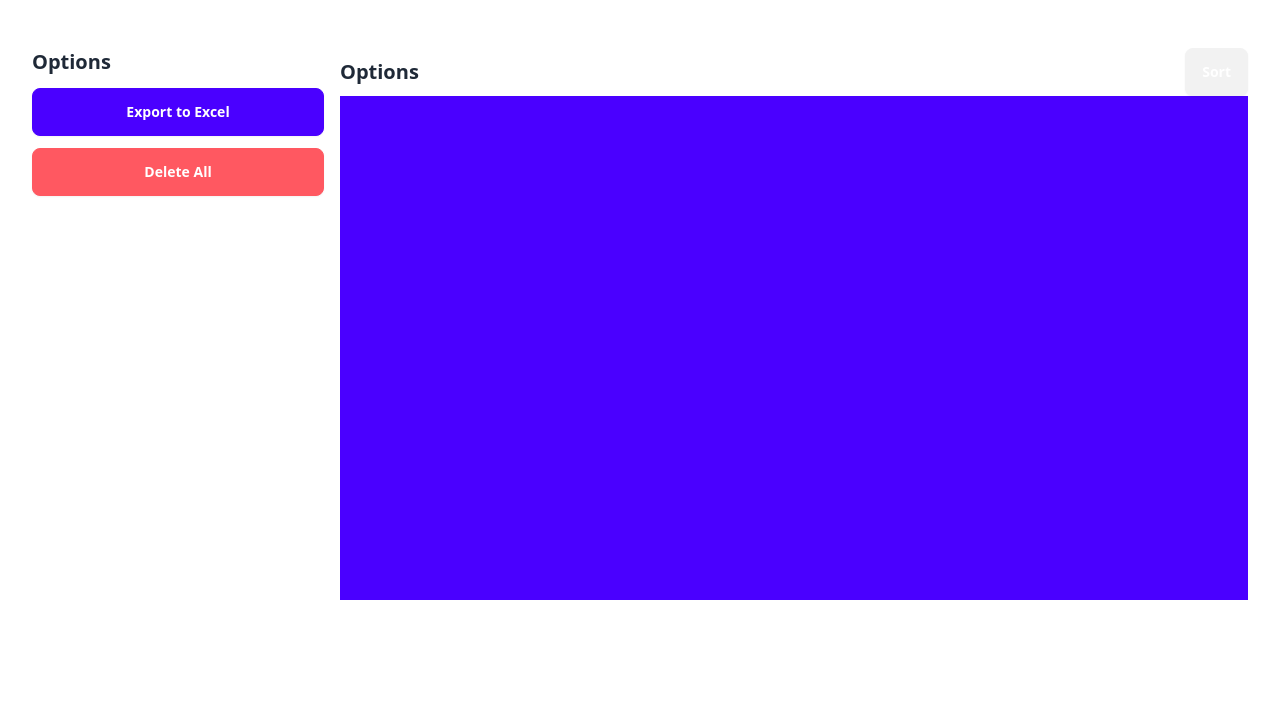
Repository: khulqu15/khafsin_server
Page: http://localhost/
An editor plug-in stored every save of this project. The page is shown before and after the next save, followed by the edit.
The browser window is 1280 px wide. The pictures show the whole page.
Some web libraries are served in a nearby version. The page is served by the project's Laravel application, run on PHP 8.4 with Laravel 12. Other server files are loaded and not shown. Queries for data that is not in the repository find no rows.

Above is the page before, as saved 2024-10-25 02:52:18.

### routes/web.php
<?php

use App\Http\Controllers\ImuController;
use Illuminate\Support\Facades\Route;

Route::get('/', [ImuController::class, 'home']);

### app/Http/Controllers/ImuController.php
<?php

namespace App\Http\Controllers;

use App\Models\Imu;
use Exception;
use Illuminate\Database\Eloquent\ModelNotFoundException;
use Illuminate\Http\Request;
use Illuminate\Support\Carbon;

class ImuController extends Controller
{

    public function home(Request $request) {
        $query = Imu::query();
        if ($request->has(['start_date', 'end_date'])) {
            $start_date = Carbon::parse($request->input('start_date'))->startOfDay();
            $end_date = Carbon::parse($request->input('end_date'))->endOfDay();
            $query->whereBetween('created_at', [$start_date, $end_date]);
        }
        $imus = $query->orderBy('created_at', 'desc')->get();
        return view('welcome')->with('imus', $imus);
    }

    /**
     * Display a listing of the resource.
     */
    public function index(Request $request)
    {
        try {
            $query = Imu::query();

            if ($request->has(['start_date', 'end_date'])) {
                $start_date = Carbon::parse($request->input('start_date'))->startOfDay();
                $end_date = Carbon::parse($request->input('end_date'))->endOfDay();
                $query->whereBetween('created_at', [$start_date, $end_date]);
            }
            $imus = $query->orderBy('created_at', 'desc')->get();
            return response()->json($imus);

        } catch (Exception $e) {
            return $this->handleException($e);
        }
    }

    /**
     * Store a newly created resource in storage.
     */
    public function store(Request $request)
    {
        try {
            $validatedData = $request->validate([
                'x' => 'required|numeric',
                'y' => 'required|numeric',
                'z' => 'required|numeric',
                'location' => 'nullable|string',
                'status' => 'nullable|string',
                'description' => 'nullable|string',
                'lat' => 'nullable|numeric',
                'lon' => 'nullable|numeric',
                'alt' => 'nullable|numeric',
            ]);

            $imu = Imu::create($validatedData);

            return response()->json($imu, 201);

        } catch (Exception $e) {
            return $this->handleException($e);
        }
    }

    /**
     * Display the specified resource.
     */
    public function show(string $id)
    {
        try {
            $imu = Imu::findOrFail($id);
            return response()->json($imu);

        } catch (ModelNotFoundException $e) {
            return $this->handleException($e);

        } catch (Exception $e) {
            return $this->handleException($e);
        }
    }

    /**
     * Update the specified resource in storage.
     */
    public function update(Request $request, string $id)
    {
        try {
            $imu = Imu::findOrFail($id);

            $validatedData = $request->validate([
                'x' => 'required|numeric',
                'y' => 'required|numeric',
                'z' => 'required|numeric',
                'location' => 'nullable|string',
                'status' => 'nullable|string',
                'description' => 'nullable|string',
                'lat' => 'nullable|numeric',
                'lon' => 'nullable|numeric',
                'alt' => 'nullable|numeric',
            ]);

            $imu->update($validatedData);

            return response()->json($imu);

        } catch (ModelNotFoundException $e) {
            return $this->handleException($e);

        } catch (Exception $e) {
            return $this->handleException($e);
        }
    }

    /**
     * Remove the specified resource from storage.
     */
    public function destroy(string $id)
    {
        try {
            $imu = Imu::findOrFail($id);
            $imu->delete();
            return response()->json(['message' => 'IMU record deleted successfully']);

        } catch (ModelNotFoundException $e) {
            return $this->handleException($e);

        } catch (Exception $e) {
            return $this->handleException($e);
        }
    }
}

### app/Http/Controllers/Controller.php
<?php

namespace App\Http\Controllers;

use Exception;
use Illuminate\Http\JsonResponse;
use Illuminate\Http\Response;

abstract class Controller
{
    protected function handleException(Exception $e): JsonResponse
    {
        return response()->json([
            'error' => true,
            'message' => $e->getMessage(),
            'code' => $e->getCode(),
        ], $e instanceof \Illuminate\Database\Eloquent\ModelNotFoundException ? Response::HTTP_NOT_FOUND : Response::HTTP_INTERNAL_SERVER_ERROR);
    }
}

### app/Models/Imu.php
<?php

namespace App\Models;

use Illuminate\Database\Eloquent\Model;

class Imu extends Model
{
    protected $table = 'imus';
    protected $primaryKey = 'id';

    protected $fillable = [
        'x',
        'y',
        'z',
        'location',
        'status',
        'description',
        'lat',
        'lon',
        'alt',
    ];
}

### resources/views/welcome.blade.php
<!DOCTYPE html>
<html lang="{{ str_replace('_', '-', app()->getLocale()) }}">
    <head>
        <meta charset="utf-8">
        <meta name="viewport" content="width=device-width, initial-scale=1">

        <title>Khafsin App</title>

        <link href="https://cdn.jsdelivr.net/npm/daisyui@4.12.13/dist/full.min.css" rel="stylesheet" type="text/css" />
        <script src="https://cdn.tailwindcss.com"></script>
    </head>
    <body>
        <div class="container mx-auto w-full min-h-screen py-12 px-8">
            <div class="w-full grid grid-cols-8 gap-4">
                <div class="md:col-span-2 col-span-8 space-y-3">
                    <h2 class="text-xl font-bold">Options</h2>
                    <button class="btn btn-primary w-full text-white">Export to Excel</button>
                    <button class="btn btn-error w-full text-white">Delete All</button>
                </div>
                <div class="md:col-span-6 col-span-8">
                    <div class="flex items-center justify-between">
                        <h2 class="text-xl font-bold">Options</h2>
                        <button class="btn btn-base-200 text-white">Sort</button>
                    </div>
                    <div class="h-[70vh] bg-primary w-full"></div>
                </div>
            </div>
        </div>
    </body>
</html>

After the next save:
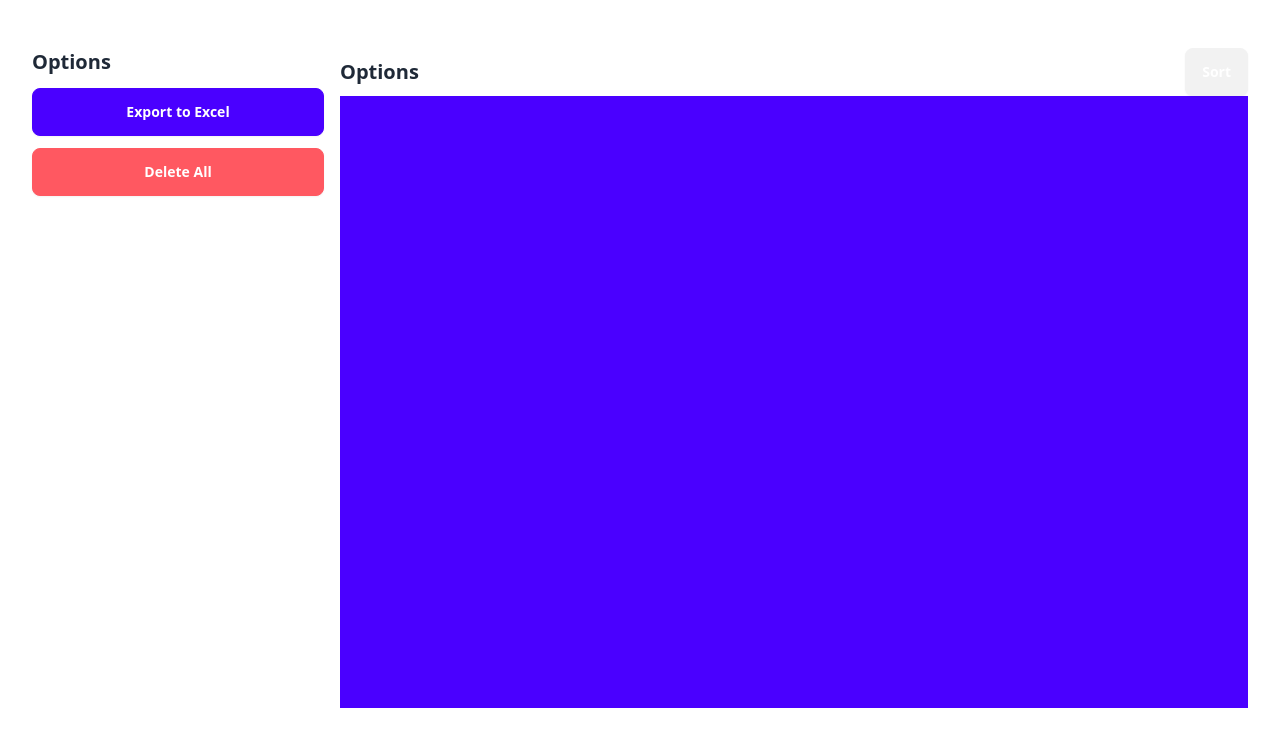
Saved 5 s later.
--- a/resources/views/welcome.blade.php
+++ b/resources/views/welcome.blade.php
@@ -22,7 +22,7 @@
                         <h2 class="text-xl font-bold">Options</h2>
                         <button class="btn btn-base-200 text-white">Sort</button>
                     </div>
-                    <div class="h-[70vh] bg-primary w-full"></div>
+                    <div class="h-[85vh] bg-primary w-full"></div>
                 </div>
             </div>
         </div>
